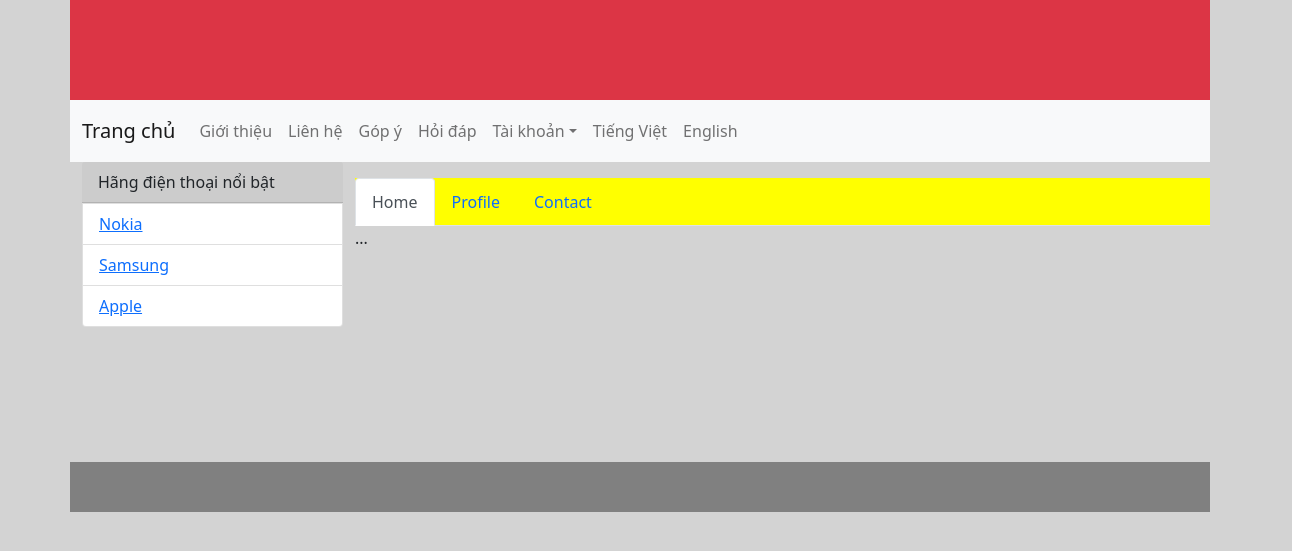
Repository: minhtu5502/fontendFamework
Page: day1 copy/demotab.html
An editor plug-in stored every save of this project. The page is shown before and after a run of saves, followed by the edit.
The browser window is 1280 px wide. The page is 1280 px wide, then 1292 px, so the pictures cover 1292 px, including what lies to the right of the window. The pictures show the whole page.

Above is the page before, as saved 2022-01-11 14:45:21.

### day1 copy/demotab.html
<!DOCTYPE html>
<html lang="en">

<head>
    <meta charset="UTF-8">
    <meta http-equiv="X-UA-Compatible" content="IE=edge">
    <meta name="viewport" content="width=device-width, initial-scale=1.0">
    <title>IT16313</title>
    <!-- Style -->
    <link rel="stylesheet" href="css/bootstrap.min.css" />
    <link rel="stylesheet" href="css/css.css">
</head>

<body>
    <!-- Script -->
    <script src="js/jquery.min.js"></script>
    <script src="js/popper.min.js"></script>
    <script src="js/bootstrap.min.js"></script>

    <div class="container">
        <header class="row bg-danger"></header>

        <nav class="row navbar navbar-expand-lg navbar-light bg-light">
            <div class="container-fluid">
                <a class="navbar-brand" href="#">Trang chủ</a>
                <button class="navbar-toggler" type="button" data-bs-toggle="collapse"
                    data-bs-target="#navbarSupportedContent" aria-controls="navbarSupportedContent"
                    aria-expanded="false" aria-label="Toggle navigation">
                    <span class="navbar-toggler-icon"></span>
                </button>
                <div class="collapse navbar-collapse" id="navbarSupportedContent">
                    <ul class="navbar-nav me-auto mb-2 mb-lg-0">
                        <li class="nav-item">
                            <a class="nav-link " href="#">Giới thiệu</a>
                        </li>
                        <li class="nav-item">
                            <a class="nav-link" href="#">Liên hệ</a>
                        </li>
                        <li class="nav-item">
                            <a class="nav-link" href="#">Góp ý</a>
                        </li>
                        <li class="nav-item">
                            <a class="nav-link" href="#">Hỏi đáp</a>
                        </li>
                        <li class="nav-item dropdown">
                            <a class="nav-link dropdown-toggle" href="#" id="navbarDropdown" role="button"
                                data-bs-toggle="dropdown" aria-expanded="false">Tài khoản</a>
                            <ul class="dropdown-menu" aria-labelledby="navbarDropdown">
                                <li><a class="dropdown-item" href="#">Đăng nhập</a></li>
                                <li><a class="dropdown-item" href="#">Đăng ký</a></li>
                                <li><a class="dropdown-item" href="#">Quên mật khẩu</a></li>

                                <li>
                                    <hr class="dropdown-divider">
                                </li>
                                <li><a class="dropdown-item" href="#">Hồ sơ cá nhân></li>
                                <li><a class="dropdown-item" href="#">Đổi mật khẩu</a></li>
                                <li><a class="dropdown-item" href="#">Đăng xuẩ</a></li>

                                <li>
                                    <hr class="dropdown-divider">
                                </li>
                                <li><a class="dropdown-item" href="#">Đơn đặt hàng</a></li>
                            </ul>
                        </li>
                        <li class="nav-item">
                            <a class="nav-link" href="#">Tiếng Việt</a>
                        </li>
                        <li class="nav-item ">
                            <a class="nav-link  " href="#">English</a>
                        </li>
        </nav>

        <div class="row p-0">
            <aside class="col-3">
                <ul class="list-group">
                    <div class="card-header">Hãng điện thoại nổi bật</div>
                    <li class="list-group-item"><a
                            href="https://uqoojcos5nobj.vcdn.cloud/uploads/2021/11/nokia-black-300x300.jpg">Nokia</a>
                    </li>
                    <li class="list-group-item"><a
                            href="https://uqoojcos5nobj.vcdn.cloud/uploads/2021/11/nokia-black-300x300.jpg">Samsung</a>
                    </li>
                    <li class="list-group-item"><a
                            href="https://uqoojcos5nobj.vcdn.cloud/uploads/2021/11/nokia-black-300x300.jpg">Apple</a>
                    </li>
                </ul>
            </aside>
            <article class="col-12 col-md-9 p-0 pt-3">
                <nav>
                    <div class="nav nav-tabs" id="nav-tab" role="tablist">
                      <button class="nav-link active" id="nav-home-tab" data-bs-toggle="tab" data-bs-target="#nav-home" type="button" role="tab" aria-controls="nav-home" aria-selected="true">Home</button>
                      <button class="nav-link" id="nav-profile-tab" data-bs-toggle="tab" data-bs-target="#nav-profile" type="button" role="tab" aria-controls="nav-profile" aria-selected="false">Profile</button>
                      <button class="nav-link" id="nav-contact-tab" data-bs-toggle="tab" data-bs-target="#nav-contact" type="button" role="tab" aria-controls="nav-contact" aria-selected="false">Contact</button>
                    </div>
                  </nav>
                  <div class="tab-content" id="nav-tabContent">
                    <div class="tab-pane fade show active" id="nav-home" role="tabpanel" aria-labelledby="nav-home-tab">...</div>
                    <div class="tab-pane fade" id="nav-profile" role="tabpanel" aria-labelledby="nav-profile-tab">...</div>
                    <div class="tab-pane fade" id="nav-contact" role="tabpanel" aria-labelledby="nav-contact-tab">...</div>
                  </div>
            </article>
        </div>
        <footer class="row"></footer>
    </div>
</body>

</html>

### day1 copy/css/css.css
body{
    padding:0px;
    margin:0 auto;
    background-color:lightgray;
}
header{
    height:100px;
    background-color:red;
}
nav{
    line-height:30px;
    background-color:yellow;
}
.container>div>*{
    min-height:300px;
    /* background-color:blue; */
}

footer{
    height:50px;
    background-color:gray;
}

Loaded but not shown: day1 copy/css/bootstrap.min.css (library); day1 copy/js/jquery.min.js (library); day1 copy/js/popper.min.js (library); day1 copy/js/bootstrap.min.js (library)

After the next 2 saves:
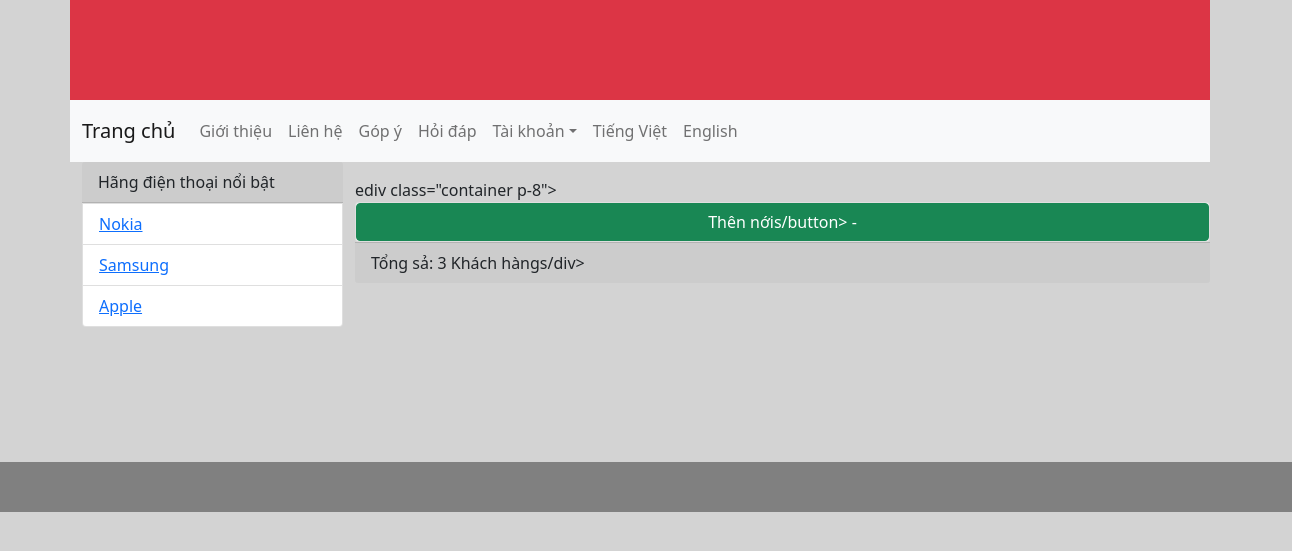
The 2 saves are shown as one change because they came seconds apart.
The last was saved 7 s later.
--- a/day1 copy/demotab.html
+++ b/day1 copy/demotab.html
@@ -87,18 +87,16 @@
                 </ul>
             </aside>
             <article class="col-12 col-md-9 p-0 pt-3">
-                <nav>
-                    <div class="nav nav-tabs" id="nav-tab" role="tablist">
-                      <button class="nav-link active" id="nav-home-tab" data-bs-toggle="tab" data-bs-target="#nav-home" type="button" role="tab" aria-controls="nav-home" aria-selected="true">Home</button>
-                      <button class="nav-link" id="nav-profile-tab" data-bs-toggle="tab" data-bs-target="#nav-profile" type="button" role="tab" aria-controls="nav-profile" aria-selected="false">Profile</button>
-                      <button class="nav-link" id="nav-contact-tab" data-bs-toggle="tab" data-bs-target="#nav-contact" type="button" role="tab" aria-controls="nav-contact" aria-selected="false">Contact</button>
-                    </div>
-                  </nav>
-                  <div class="tab-content" id="nav-tabContent">
-                    <div class="tab-pane fade show active" id="nav-home" role="tabpanel" aria-labelledby="nav-home-tab">...</div>
-                    <div class="tab-pane fade" id="nav-profile" role="tabpanel" aria-labelledby="nav-profile-tab">...</div>
-                    <div class="tab-pane fade" id="nav-contact" role="tabpanel" aria-labelledby="nav-contact-tab">...</div>
-                  </div>
+                ediv class="container p-8">
+                <div class="card"
+                  <div class="card-header">
+                      <button class="btn btn-success">Thên nớis/button>
+                   </diva
+                  <div class="table-responsive">-
+                   </div>
+                  <div class="card-footer">Tổng sả: 3 Khách hàngs/div>
+                </div>
+             </div
             </article>
         </div>
         <footer class="row"></footer>
